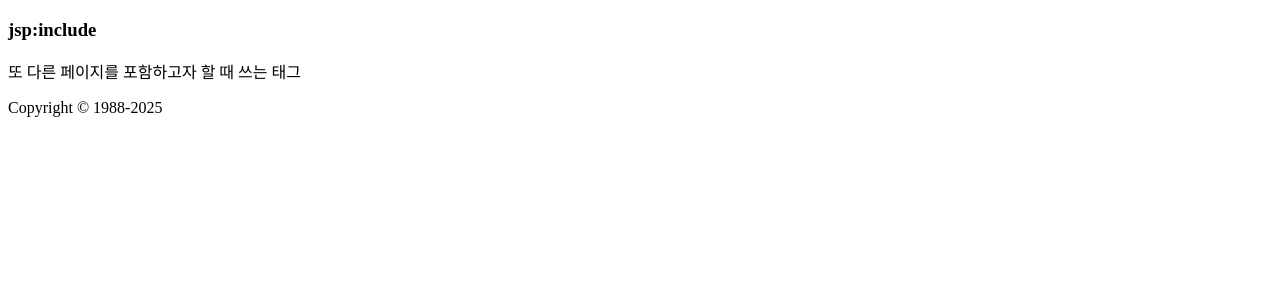
Repository: kkh1396/kh_front
Page: http://localhost/2_jsp/views/3_StandardAction/1_include.jsp
An editor plug-in stored every save of this project. The page is shown before and after the next save, followed by the edit.
The browser window is 1280 px wide. The pictures show the whole page.
The page is served by Tomcat 9. Nobody is signed in. The application's start-up code is not run.

Above is the page before, as saved 2025-03-21 01:36:49.

After the next save:
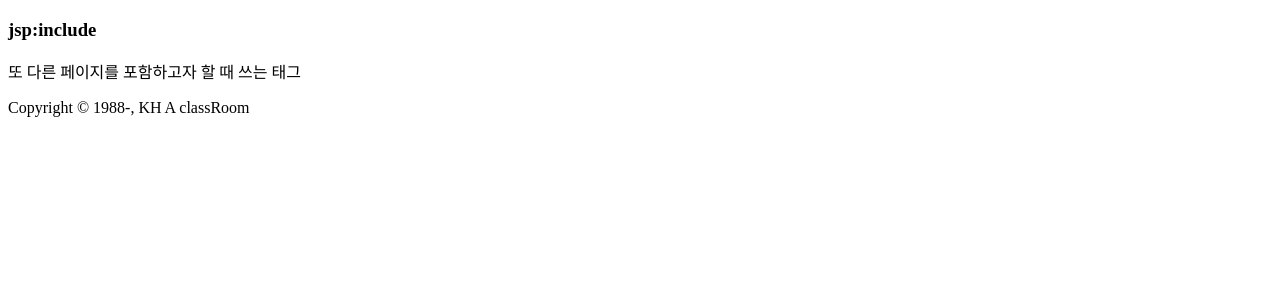
Saved 56 s later.
--- a/05_server/2_jsp/src/main/webapp/views/3_StandardAction/foter.jsp
+++ b/05_server/2_jsp/src/main/webapp/views/3_StandardAction/foter.jsp
@@ -7,6 +7,6 @@
 <title>Insert title here</title>
 </head>
 <body>
-	  Copyright &copy; 1988-2025
+	  Copyright &copy; 1988-<% %>, KH A classRoom
 </body>
 </html>
